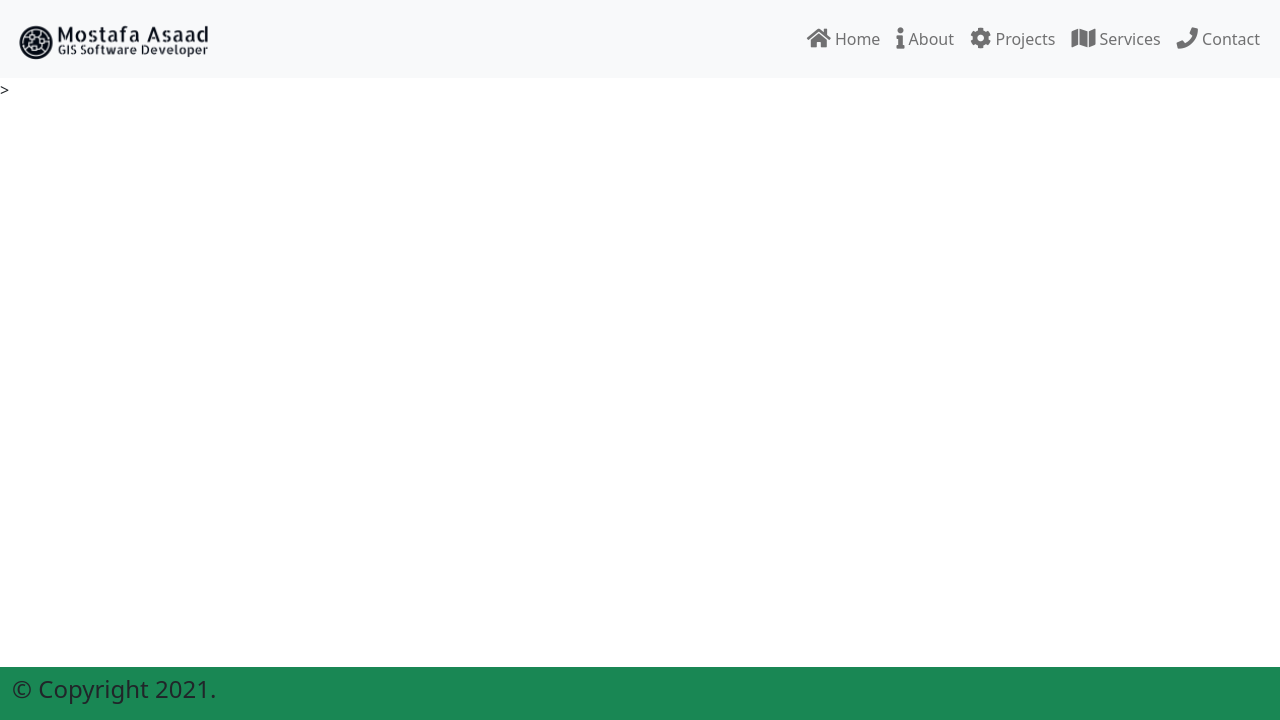
Repository: Mostafa-Asaad/Portfolio
Page: http://localhost/
These files come from the project's save history. The page is drawn as it stood at one moment and after the next save; the edit follows.
The browser window is 1280 px wide. The pictures show the whole page.
The page is served by the project's Node server (index.js). Other server files are loaded and not shown.

Above is the page before, as saved 2021-06-04 19:10:03.

### Server/Views/index.ejs
<!DOCTYPE html>
<html lang="en">
<head>
  <meta charset="UTF-8">
  <meta http-equiv="X-UA-Compatible" content="IE=edge">
  <meta name="viewport" content="width=device-width, initial-scale=1.0">
  <title><%= title %></title>
  <!-- CSS Section -->
  <link rel="stylesheet" href="/bootstrap/dist/css/bootstrap.min.css">
  <link rel="stylesheet" href="/@fortawesome/fontawesome-free/css/all.min.css">
  <link rel="stylesheet" href="/Content/app.css">
</head>
<body>
  <!-- Navigation Section -->
 <header>
  <%- include('./components/header.ejs') %>
 </header>

  <!--Main Content-->>
  <main>
    <%- include('./content/' + page + '.ejs') %>
  </main>

  <!-- Bottom Nav -->
  <footer>
    <%- include('./components/footer.ejs') %>
  </footer>

  <!-- JavaScript Section -->
  <script src="/jquery/dist/jquery.min.js"></script>
  <script src="/bootstrap/dist/js/bootstrap.min.js"></script>
  <script src="/Scripts/app.js"></script>
</body>
</html>

### Server/Views/components/header.ejs
<nav class="navbar navbar-expand-lg navbar-light bg-light">
    <div class="container-fluid">
      <a class="navbar-brand" href="/home"><img src="/Assets/images/Logo.png" width="200"></a>
      <button class="navbar-toggler" type="button" data-bs-toggle="collapse" data-bs-target="#navbarSupportedContent" aria-controls="navbarSupportedContent" aria-expanded="false" aria-label="Toggle navigation">
        <span class="navbar-toggler-icon"></span>
      </button>
      <div class="collapse navbar-collapse" id="navbarSupportedContent">
        <ul class="navbar-nav ms-auto mb-2 mb-lg-0">
          <li class="nav-item">
            <a class="nav-link" href="/home"><i class="fas fa-home fa-lg"></i> Home</a>
          </li>
          <li class="nav-item">
            <a class="nav-link" href="/about"><i class="fas fa-info fa-lg"></i> About</a>
          </li>
          <li class="nav-item">
            <a class="nav-link" href="/projects"><i class="fas fa-cog fa-lg"></i> Projects</a>
          </li>
          <li class="nav-item">
            <a class="nav-link" href="/services"><i class="fas fa-map fa-lg"></i> Services</a>
          </li>
          <li class="nav-item">
            <a class="nav-link" href="/contact"><i class="fas fa-phone fa-lg"></i> Contact</a>
          </li>
        </ul>
      </div>
    </div>
  </nav>

### Server/Views/content/home.ejs
<div class="container">

    <p style="color:white">Welcome my Portfolio!</h1>

</div>

### Server/Views/components/footer.ejs
<nav class="navbar fixed-bottom navbar-success bg-success">
    <div class="container-fluid">
      <h4>&copy; Copyright 2021.</h4>
    </div>
  </nav>

### index.js
#!/usr/bin/env node
"use strict";
var __importDefault = (this && this.__importDefault) || function (mod) {
    return (mod && mod.__esModule) ? mod : { "default": mod };
};
Object.defineProperty(exports, "__esModule", { value: true });
const app_1 = __importDefault(require("./Server/Config/app"));
const debug_1 = __importDefault(require("debug"));
debug_1.default('week-4d:server');
const http_1 = __importDefault(require("http"));
let port = normalizePort(process.env.PORT || '3000');
app_1.default.set('port', port);
let server = http_1.default.createServer(app_1.default);
server.listen(port);
server.on('error', onError);
server.on('listening', onListening);
function normalizePort(val) {
    let port = parseInt(val, 10);
    if (isNaN(port)) {
        return val;
    }
    if (port >= 0) {
        return port;
    }
    return false;
}
function onError(error) {
    if (error.syscall !== 'listen') {
        throw error;
    }
    var bind = typeof port === 'string'
        ? 'Pipe ' + port
        : 'Port ' + port;
    switch (error.code) {
        case 'EACCES':
            console.error(bind + ' requires elevated privileges');
            process.exit(1);
            break;
        case 'EADDRINUSE':
            console.error(bind + ' is already in use');
            process.exit(1);
            break;
        default:
            throw error;
    }
}
function onListening() {
    let addr = server.address();
    let bind = typeof addr === 'string'
        ? 'pipe ' + addr
        : 'port ' + addr.port;
    debug_1.default('Listening on ' + bind);
}
//# sourceMappingURL=index.js.map

### Server/Routes/index.js
"use strict";
var __importDefault = (this && this.__importDefault) || function (mod) {
    return (mod && mod.__esModule) ? mod : { "default": mod };
};
Object.defineProperty(exports, "__esModule", { value: true });
const express_1 = __importDefault(require("express"));
const router = express_1.default.Router();
exports.default = router;
router.get('/', function (req, res, next) {
    res.render('index', { title: 'Home', page: 'home' });
});
router.get('/home', function (req, res, next) {
    res.render('index', { title: 'Home', page: 'home' });
});
router.get('/about', function (req, res, next) {
    res.render('index', { title: 'About Me', page: 'about' });
});
router.get('/projects', function (req, res, next) {
    res.render('index', { title: 'My Projects', page: 'projects' });
});
router.get('/services', function (req, res, next) {
    res.render('index', { title: 'My Services', page: 'services' });
});
router.get('/contact', function (req, res, next) {
    res.render('index', { title: 'Contact me', page: 'contact' });
});
//# sourceMappingURL=index.js.map

### Client/Content/app.css
/* your custom css goes here */

### Client/Scripts/app.js
"use strict";
(function () {
    function Start() {
        console.log("App Started");
    }
    window.addEventListener("load", Start);
})();
//# sourceMappingURL=app.js.map

After the next save:
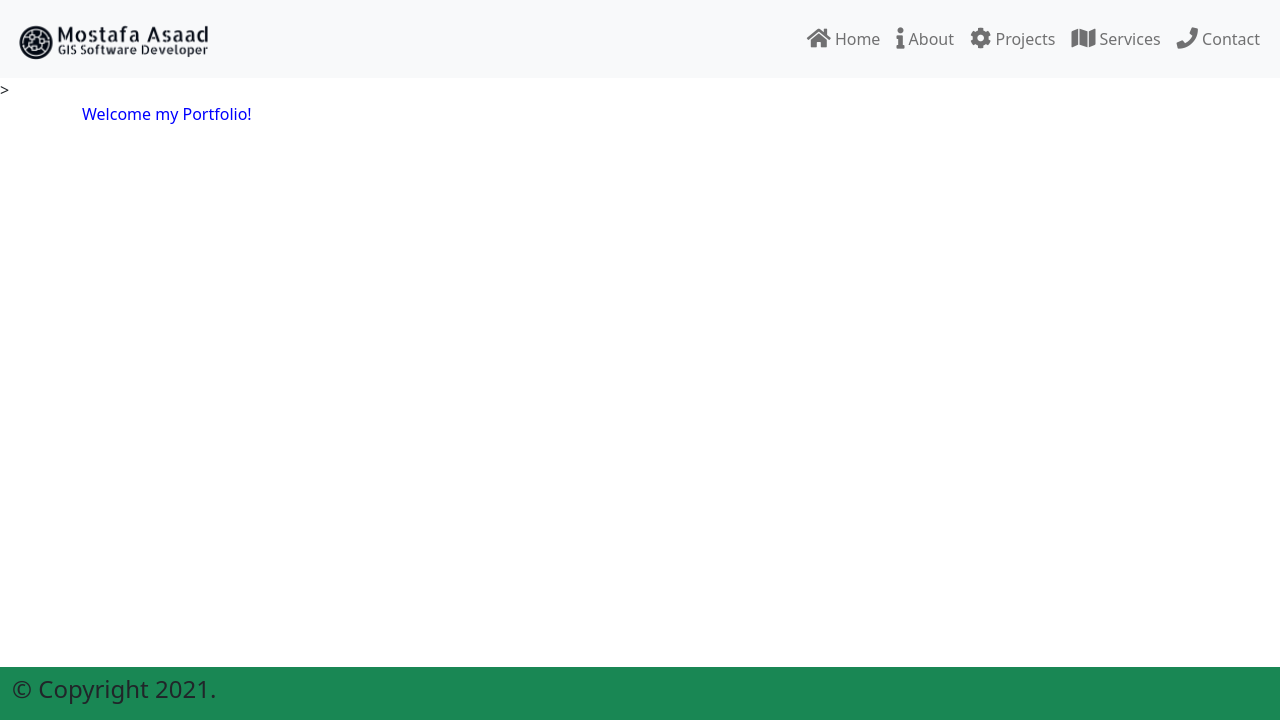
Saved 14 s later.
--- a/Server/Views/content/home.ejs
+++ b/Server/Views/content/home.ejs
@@ -1,5 +1,5 @@
 <div class="container">
 
-    <p style="color:white">Welcome my Portfolio!</h1>
+    <p style="color:blue">Welcome my Portfolio!</h1>
 
 </div>
